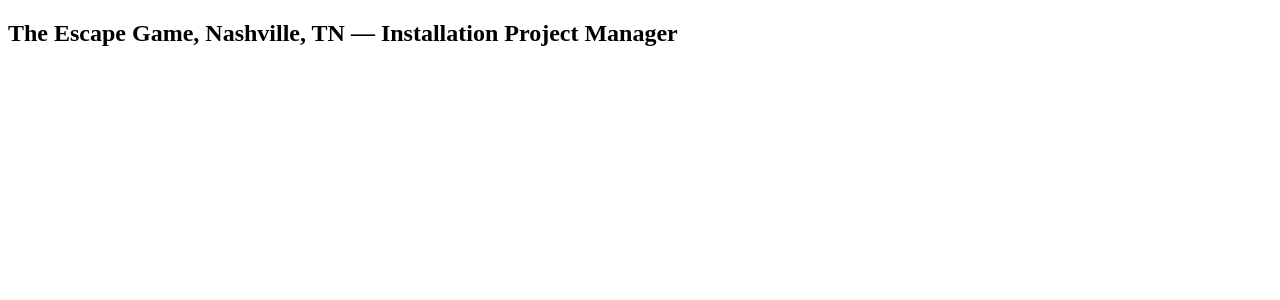
Repository: jgramirez0210/LAB-HTML-Resume
Page: index.html
These files come from the project's save history. The page is drawn as it stood at one moment and after the next save; the edit follows.
The browser window is 1280 px wide. The pictures show the whole page.

Above is the page before, as saved 2023-10-09 21:19:26.

### index.html
<!DOCTYPE html>
<html lang="en">
<head>
  <meta charset="UTF-8">
  <meta name="viewport" content="width=device-width, initial-scale=1.0">
  <title>Jesse's Work Experience</title>
</head>
<body>
  <article>
    <h2>The Escape Game, Nashville, TN — Installation Project Manager
      <time datetime="2018-03" ></time>
      </h2>
  </article>
</body>
</html>

After the next save:
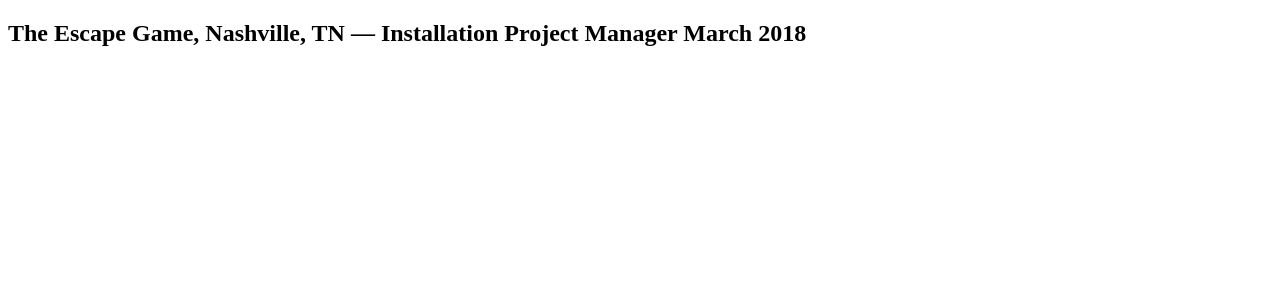
Saved 5 s later.
--- a/index.html
+++ b/index.html
@@ -8,7 +8,7 @@
 <body>
   <article>
     <h2>The Escape Game, Nashville, TN — Installation Project Manager
-      <time datetime="2018-03" ></time>
+      <time datetime="2018-03" >March 2018</time>
       </h2>
   </article>
 </body>
